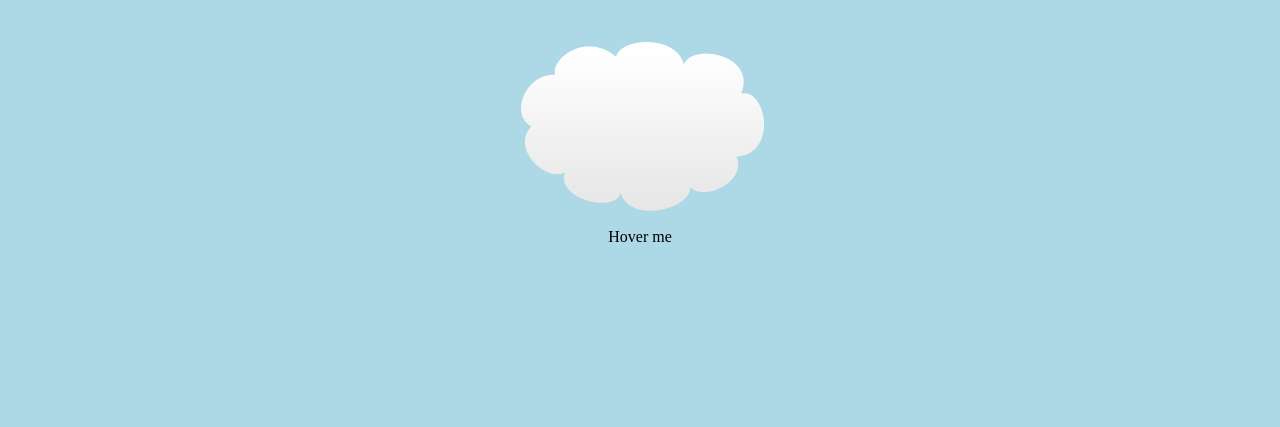
Repository: RemModz/Animacja-Mario
Page: index.html
These files come from the project's save history. The page is drawn as it stood at one moment and after the next save; the edit follows.
The browser window is 1280 px wide. The pictures show the whole page.

Above is the page before, as saved 2018-11-08 18:39:57.

### index.html
<!DOCTYPE html>
<head>
  <title>Basket Example</title>
  <link href="style.css" rel="stylesheet" type="text/css">
</head>
<body>
  <div class="wrapper">
      <img src="mario-examples/img/cloud.png">
      <div class="circle">Hover me</div>
  </div>
</body>

### style.css
body {
  background: lightblue;
  text-align: center;
}

.wrapper{
  width: 100%;
  padding: 20px;
  box-sizing: border-box;
}

After the next save:
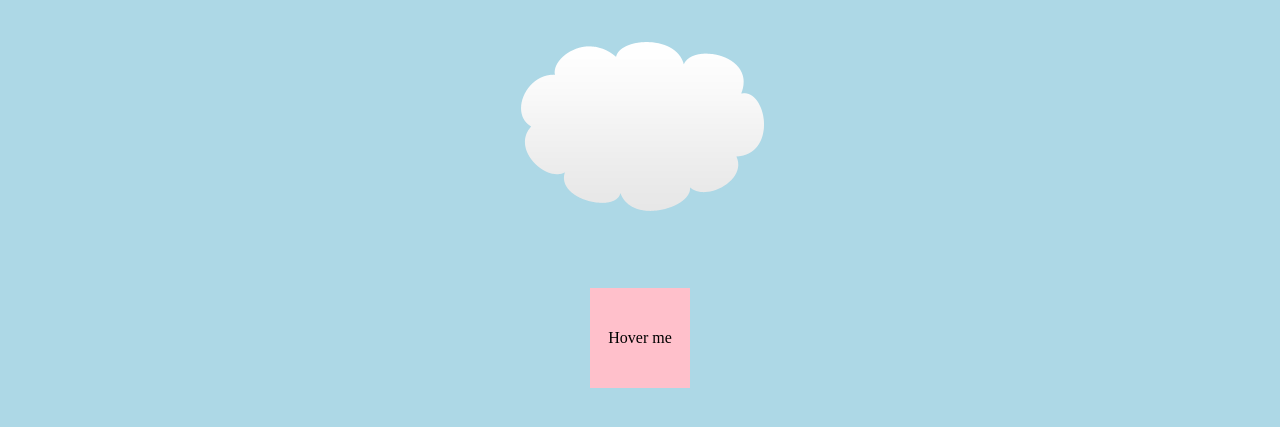
Saved 2 min 12 s later.
--- a/style.css
+++ b/style.css
@@ -8,3 +8,14 @@
   padding: 20px;
   box-sizing: border-box;
 }
+img {
+  transform: rotate
+}
+
+.circle {
+  width: 100px;
+  padding: 50px 0;
+  line-height: 0;
+  margin: 60px auto;
+  background: pink
+}
